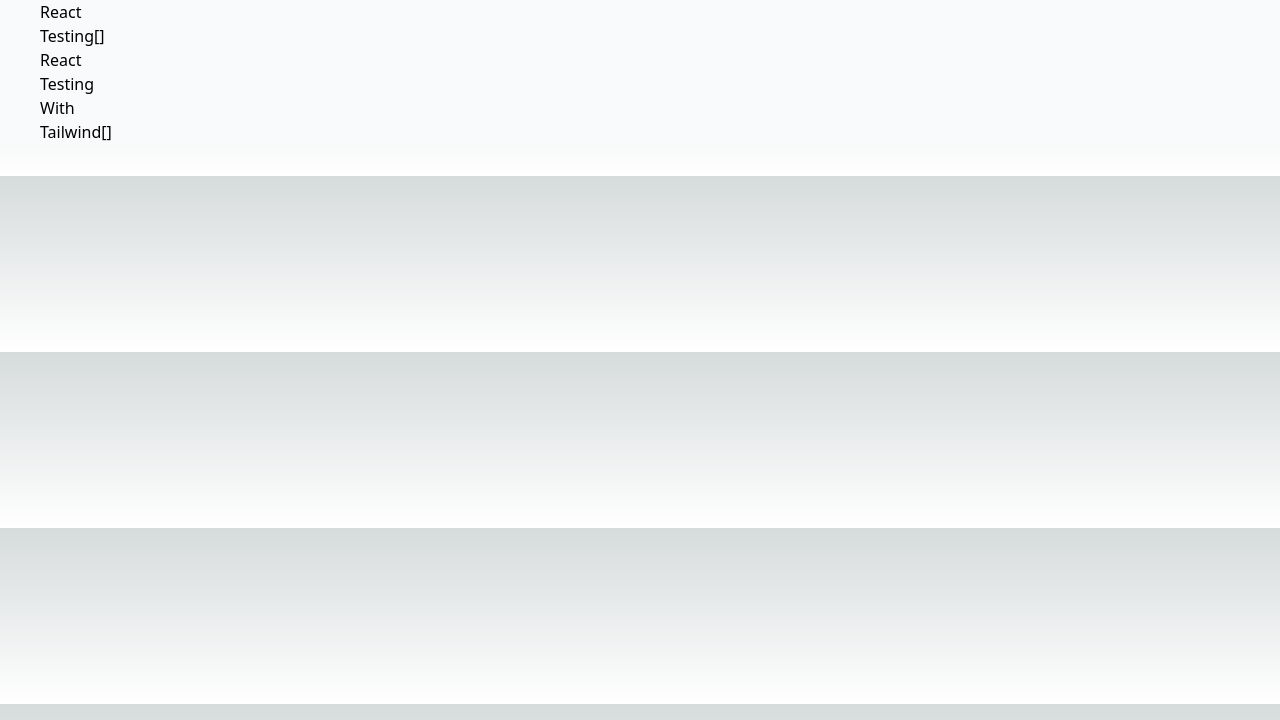
Repository: AlgoHussle/algo-blog
Page: /
These files come from the project's save history. The page is drawn as it stood at one moment and after the next save; the edit follows.
The browser window is 1280 px wide. The pictures show the whole page.
The project was rebuilt for these pictures with package versions that can differ from the ones it lists, and the page was loaded fresh each time. The framework's server and built-in components were replaced by stand-ins that run in the browser. Also part of the build but not shown: next.config.js.

Above is the page before, as saved 2023-05-03 21:31:29.

After the next save:
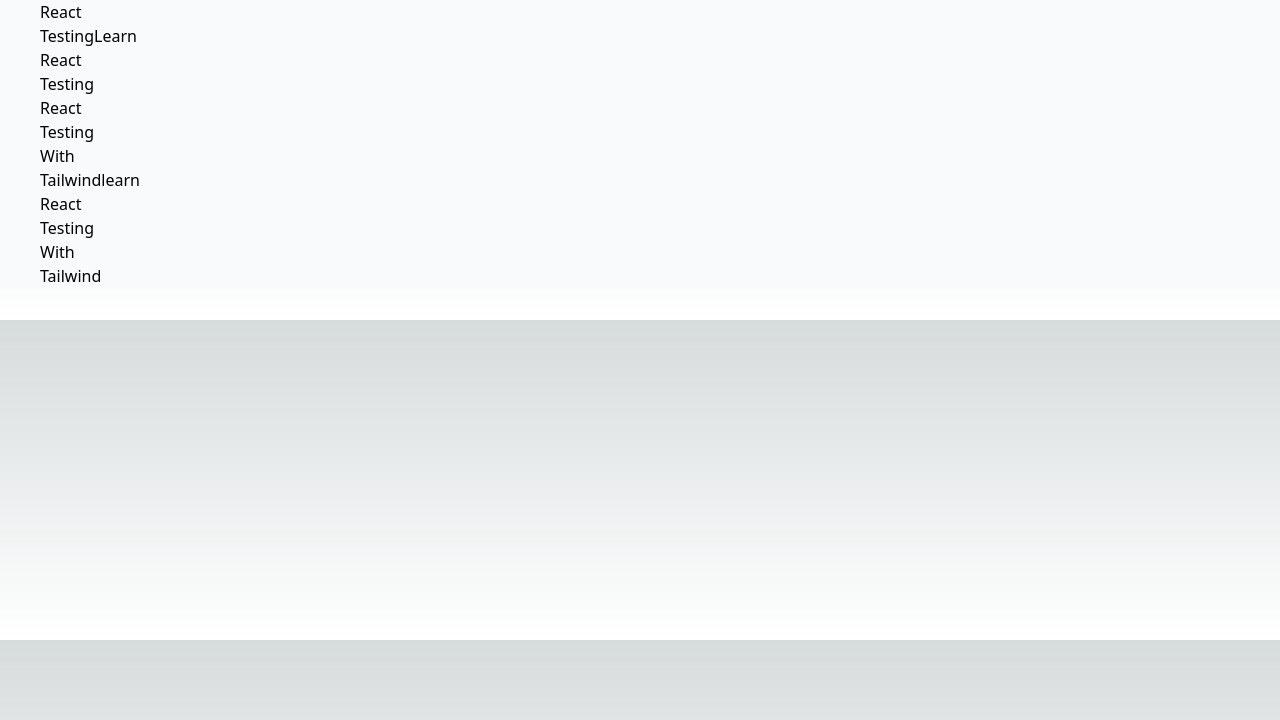
Saved 6 s later.
--- a/pages/index.js
+++ b/pages/index.js
@@ -19,7 +19,7 @@
         {posts.map((post, index) => (
           <div>
             {post.title}
-            []
+            {post.excerpt}
           </div>
         ))}
         </div>
